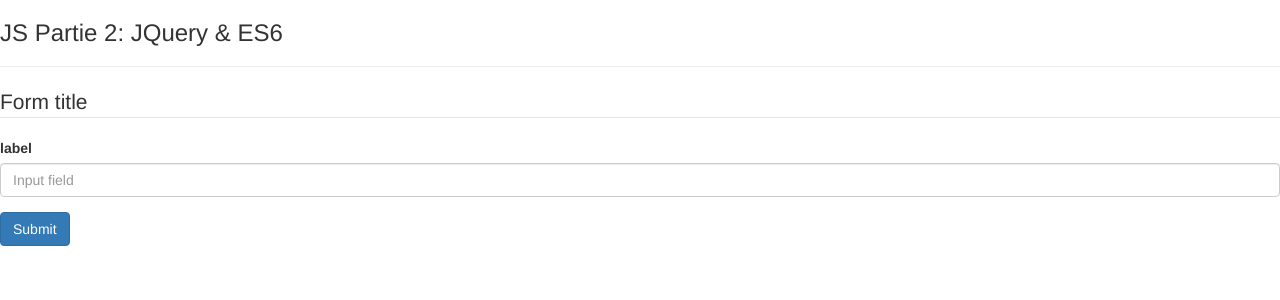
Repository: Symfomany/WildJQueryForm
Page: index.html
The author's editor kept a copy of each file at every save. The page is drawn from the files as they stood at one save, then again after a run of saves.
The browser window is 1280 px wide. The pictures show the whole page.

Above is the page before, as saved 2017-03-06 06:51:49.

### index.html
<!DOCTYPE html>
<html lang="en">

<head>
    <title></title>
    <meta charset="UTF-8">
    <meta name="viewport" content="width=device-width, initial-scale=1">
    <!-- Latest compiled and minified CSS & JS -->
    <link rel="stylesheet" media="screen" href="http://netdna.bootstrapcdn.com/bootstrap/3.3.4/css/bootstrap.min.css">

</head>

<body>

    <h3>JS Partie 2: JQuery & ES6</h3>
    <hr />


    <form action="" method="POST" role="form">
        <legend>Form title</legend>

        <div class="form-group">
            <label for="">label</label>
            <input type="text" class="form-control" id="" placeholder="Input field">
        </div>



        <button type="submit" class="btn btn-primary">Submit</button>
    </form>



    <script src="http://code.jquery.com/jquery.js"></script>
    <script src="http://netdna.bootstrapcdn.com/bootstrap/3.3.4/js/bootstrap.min.js"></script>

</body>

</html>

After the next 2 saves:
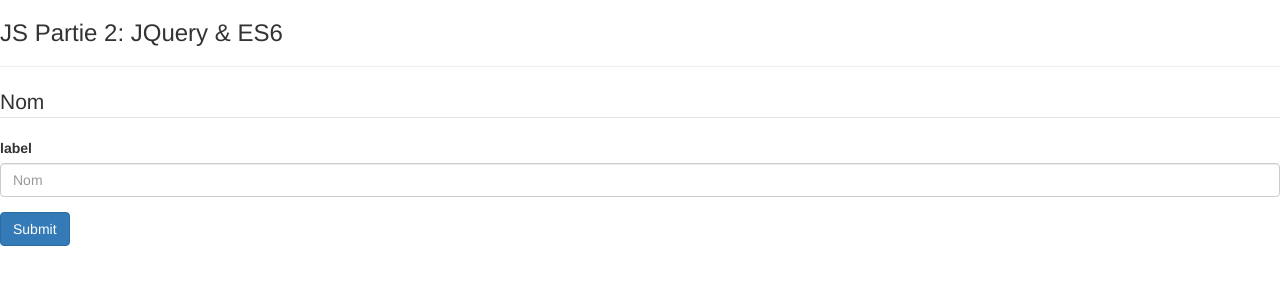
The 2 saves are shown as one change because they came seconds apart.
The last was saved 57 s later.
--- a/index.html
+++ b/index.html
@@ -17,11 +17,11 @@
 
 
     <form action="" method="POST" role="form">
-        <legend>Form title</legend>
+        <legend>Nom</legend>
 
         <div class="form-group">
             <label for="">label</label>
-            <input type="text" class="form-control" id="" placeholder="Input field">
+            <input type="text" class="form-control" id="nom" placeholder="Nom">
         </div>
 
 
